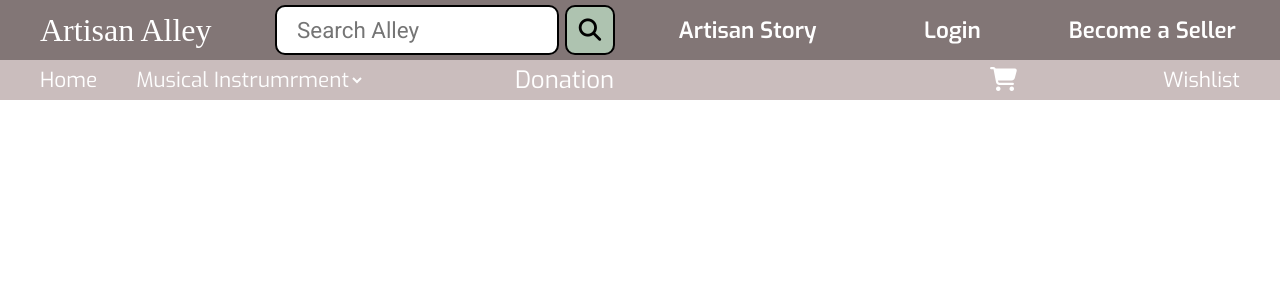
Repository: RingkhangBTY/Bytehacks_Hackathon_Project
Page: donation.html
These files come from the project's save history. The page is drawn as it stood at one moment and after the next save; the edit follows.
The browser window is 1280 px wide. The pictures show the whole page.
Some web fonts or font styles are not loaded; a fallback is used.

Above is the page before, as saved 2024-11-27 10:20:18.

### donation.html
<!DOCTYPE html>
<html lang="en">
<head>
    <meta charset="UTF-8">
    <meta name="viewport" content="width=device-width, initial-scale=1.0">
    <title>Document</title>
    <link
      rel="stylesheet"
      href="https://cdnjs.cloudflare.com/ajax/libs/font-awesome/6.7.1/css/all.min.css"
      integrity="sha512-5Hs3dF2AEPkpNAR7UiOHba+lRSJNeM2ECkwxUIxC1Q/FLycGTbNapWXB4tP889k5T5Ju8fs4b1P5z/iB4nMfSQ=="
      crossorigin="anonymous"
      referrerpolicy="no-referrer"
    />
    <link rel="stylesheet" href="style.css">
</head>
<body>
    <header>
        <div class="split-div">
            <div class="half half-top">
              <a href="index.html" class="logo">Artisan Alley</a>

              <div class="searchdiv">
                <input
                  type="text"
                  placeholder="Search Alley"
                  class="searchbar"
                  id=""
                />

                <div class="search-icon">
                  <button class="alley-search">
                    <i class="fa-solid fa-magnifying-glass"></i>
                  </button>
                </div>
              </div>

              <div class="artisan-story">
                <a href="artisan-story.html" class="story" id="">Artisan Story</a>
              </div>

              <div class="login-and-seller">
                <a href="login/login.html" class="account-login login" id="">Login</a>
                <a href="" class="seller-login login" id="">Become a Seller</a>
              </div>
            </div>

            <div class="half half-bottom">
              <div class="home-and-categories nav2">
                <a href="index.html" class="home">Home</a>

                <label for="categories"></label>
                <select id="categories" class="categories">
                  <option value="" disabled selected>Categories</option>
                  <option value="" selected>Painting</option>
                  <option value="" selected>Sculpture</option>
                  <option value="" selected>Drawing</option>
                  <option value="" selected>Handcraft</option>
                  <option value="" selected>Musical Instrumrment</option>
                </select>
              </div>

              <div class="donation-container nav2">
                <a class="donation" href="donation.html">Donation</a>
              </div>

              <div class="cart-wishlist nav2">
                <a href="index.html" class="cart" id=""
                  ><i class="fa-solid fa-cart-shopping"></i
                ></a>

                <button class="wishlist" id="">Wishlist</button>
              </div>
            </div>
          </div>
    </header>
</body>
</html>

### style.css
@import url("https://fonts.googleapis.com/css2?family=Roboto:ital,wght@0,100;0,300;0,400;0,500;0,700;0,900;1,100;1,300;1,400;1,500;1,700;1,900&display=swap");
@import url("https://fonts.googleapis.com/css2?family=Edu+AU+VIC+WA+NT+Pre:wght@400..700&display=swap");
@import url("https://fonts.googleapis.com/css2?family=Exo:ital,wght@0,100..900;1,100..900&display=swap");

* {
  margin: 0;
  padding: 0;
  box-sizing: border-box;
  font-family: Exo;
}

body {
  header {
    .split-div {
      width: 100%;
      height: 30%;

      .half {
        width: 100%;
      }

      .half-top {
        background-color: #827676;
        height: 70%;
        display: flex;
        justify-content: space-between;
        align-items: center;

        .logo {
          text-decoration: none;
          color: white;
          font-size: 2rem;
          font-family: Edu AU VIC WA NT Pre, cursive;
          font-weight: 500;
          margin-left: 40px;
        }

        .searchdiv {
          display: flex;

          .searchbar {
            height: 50px;
            width: 100%;
            border: black 2px solid;
            outline: none;
            border-radius: 10px;
            padding-left: 20px;
            font-size: 1.4rem;
            font-family: Roboto;
            margin-right: 5px;
          }

          .alley-search {
            display: flex;
            justify-content: center;
            align-items: center;
            width: 50px;
            height: 50px;
            background-color: #aec3b0;
            border: 2px black solid;
            margin-left: 1px;
            border-radius: 10px;
            cursor: pointer;

            i {
              color: black;
              font-size: 1.4rem;
            }
          }
        }

        .artisan-story .story{
          color: white;
          font-size: 1.4rem;
          text-decoration: none;
          font-family: Exo;
          font-weight: 600;
        }

        .login-and-seller {
          height: 60px;
          width: 400px;
          display: flex;
          justify-content: space-around;
          align-items: center;
        }

        .login-and-seller .login {
          color: white;
          font-size: 1.4rem;
          text-decoration: none;
          font-family: Exo;
          font-weight: 600;
        }
      }

      .half-bottom {
        background-color: #cabdbd;
        height: 30%;
        display: flex;
        justify-content: space-between;
        align-items: center;

        .nav2 {
          height: 40px;
          width: 250px;
          display: flex;
          justify-content: space-between;
          align-items: center;
          margin-left: 40px;
          margin-right: 40px;

          .home {
            text-decoration: none;
            color: white;
            margin-right: 10%;
            font-size: 1.3rem;
          }

          .categories {
            height: 100%;
            padding-left: 10px;
            text-align: center;
            border: none;
            background: transparent;
            border-radius: 5px;
            outline: none;
            font-size: 1.3rem;
            color: #fdfdfd;
            cursor: pointer;
          }
          .categories option[selected]{
            margin-left: 20px;
            background-color: #e6f7ff;
            color: #2a2828;
          }

          .donation{
            display: block;
            text-decoration: none;
            font-size: 1.5rem;
            color: white;
          }

          .cart {
            text-decoration: none;
            font-size: 1.5rem;
            color: white;
          }

          .wishlist {
            height: 100%;
            border-radius: 5px;
            background: transparent;
            border: none;
            outline: none;
            font-size: 1.3rem;
            color: white;
          }
        }
      }
    }
  }
}

.products{
  display: flex;
  gap: 10px;
  margin: 10px;
}

.left-container,.middle-container,.right-container{
  display: flex;
  border-radius: 5px;
  padding: 5px;
  padding-top: 10px;
  width: auto;
}
.left-container{
  padding-left: 17%;
}
.right-container{
  padding-right: 17%;
}
.grid-layout{
  display: grid;
  grid-template-rows: auto ;
  gap: 10px;
}
.grid-item{
  background-color: antiquewhite;
  border: 1px solid #ccc;
  width: 100%;
  border-radius: 5px;
  text-align: center;
  padding: 10px;
  padding-bottom: 10px;
}
.grid-item img{
  width: 100%;
  height: auto;
  border-radius: 5px;
}
.grid-item p{
  font-size: large;
  font-family: Cambria, Cochin, Georgia, Times, 'Times New Roman', serif;
  margin-bottom: 5%;
}

footer{
  background-color: #827676;
    color: #fff;
    padding: 20px 40px;
    text-align: center;
}

.footer-container{
  display: flex;
  justify-content: space-between;
  flex-wrap: wrap;
    gap: 40px;
    max-width: 1200px;
    margin: 0 auto;
    padding-left: 20%;
    padding-right: 20%;
}

.imfo-container{
  display: flex;
    flex-direction: column;
    align-items: center;
    gap: 10px;
}

.imfo-container h6{
  display: flex;
  flex-direction: column;
  font-size: 1rem;
  line-height: 1.6rem;
  display: flex;
  flex-direction: column;
  align-items: center;
  color: #ddd;
  margin: 10px auto;
}
.imfo-container  p, .imfo-container a{
  font-size: 1rem;
  line-height: 1.6rem;
  color: #ddd;
  text-decoration: none;
  display: block;
}

After the next save:
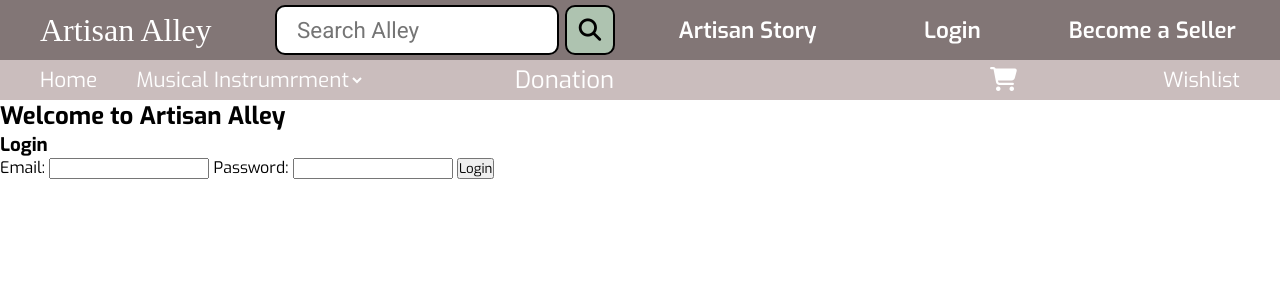
Saved 2 min 36 s later.
--- a/donation.html
+++ b/donation.html
@@ -73,5 +73,21 @@
             </div>
           </div>
     </header>
+
+    <main>
+        <div class="login-container">
+            <h2>Welcome to Artisan Alley</h2>
+            <form id="Login from">
+                <h3>Login</h3>
+                <label for="email">Email:</label>
+                <input type="email" id="email" name="Email" required>
+
+                <label for="password">Password:</label>
+                <input type="password" id="password" name="Password" required>
+
+                <button type="submit">Login</button>
+            </form>
+        </div>
+    </main>
 </body>
 </html>
